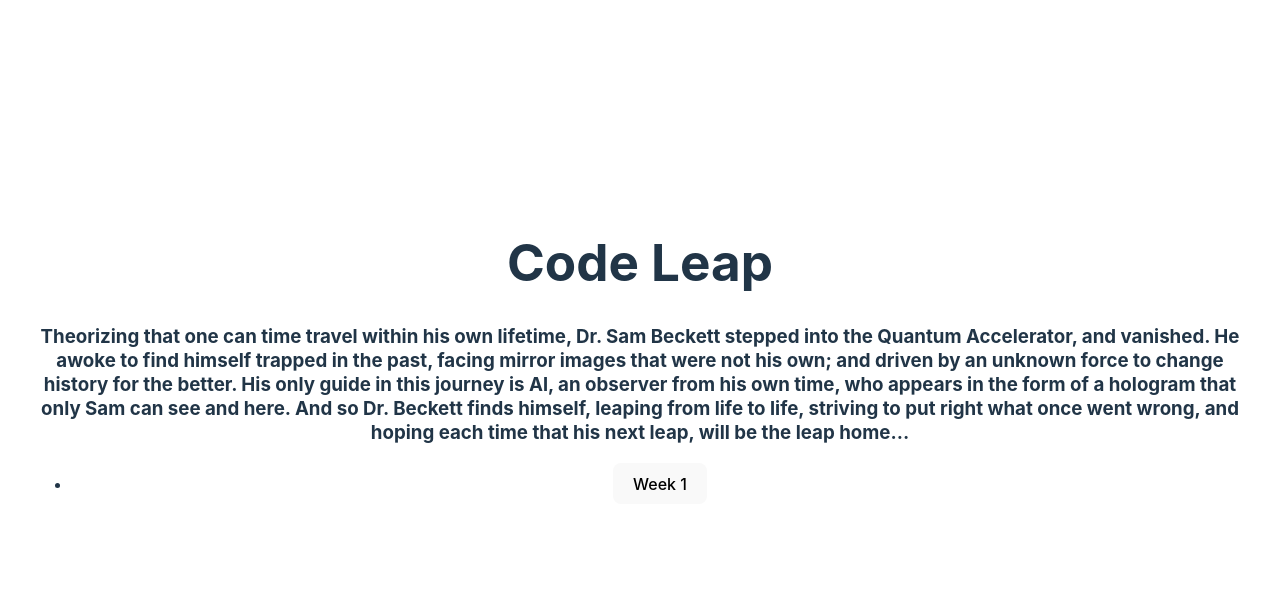
Repository: mplayer78/code-leap
Page: /
An editor plug-in stored every save of this project. The page is shown before and after the next save, followed by the edit.
The browser window is 1280 px wide. The pictures show the whole page.
The project was rebuilt for these pictures with package versions that can differ from the ones it lists, and the page was loaded fresh each time. Also part of the build but not shown: vite.config.ts.

Above is the page before, as saved 2022-08-28 10:39:35.

### src/App.vue
<script setup lang="ts">

import { ref } from 'vue'
import Intro from './components/Intro.vue'
import DaysList from './components/DaysList.vue'
import Challenge from './components/Challenge.vue'

const currentChallengeId = ref('');

function handleChallengeId(args: string) {
  currentChallengeId.value = args
}

</script>

<script lang="ts">
export default {
  name: 'App',
  methods: {

  }
}
</script>

<template>
  <Intro/>
  <DaysList @challengeId="handleChallengeId"/>
  <Challenge :challengeId="currentChallengeId"/>
  <div>
    {{ currentChallengeId }}
  </div>
</template>

<style scoped>
.logo {
  height: 6em;
  padding: 1.5em;
  will-change: filter;
}
.logo:hover {
  filter: drop-shadow(0 0 2em #646cffaa);
}
.logo.vue:hover {
  filter: drop-shadow(0 0 2em #42b883aa);
}
</style>

### src/components/Intro.vue
<script setup lang="ts">
import intro from '../challenges/intro'

const introObj = intro();

</script>

<template>
  <h1>{{introObj.heading}}</h1>
  <h3>{{introObj.description}}</h3>
</template>

<style scoped>
.read-the-docs {
  color: #888;
}
</style>

### src/components/DaysList.vue
<script setup lang="ts">
import challenges from '../challenges/challenges'

</script>

<template>
  <ul>
    <li v-for="challenge, index in challenges" :key="challenge.id">
      <button @click="$emit('challengeId', challenge.id)">Week {{index + 1}}</button>
    </li>
  </ul>
</template>

<style scoped>
.read-the-docs {
  color: #888;
}
</style>

### src/components/Challenge.vue
<script lang="ts">
import { computed } from 'vue'
import challenges from '../challenges/challenges'

export default {
    name: 'Challenge',
    props: ['challengeId'],
    setup(props) {
        const currentChallenge = computed(() => {
            return challenges.find(v => v.id === props.challengeId)?.[0]
        })
        return {
            currentChallenge
        }
    }
}
</script>

<template>
  <div>
    <p>{{ currentChallenge?.description }}</p>
  </div>
</template>

<style scoped>
.read-the-docs {
  color: #888;
}
</style>

### src/challenges/intro.ts
export default function intro() {
    return {
        "heading": "Code Leap",
        "description": `Theorizing that one can time travel within his own lifetime, Dr. Sam Beckett stepped into the Quantum Accelerator, and vanished.
    He awoke to find himself trapped in the past, facing mirror images that were not his own; and driven by an unknown force to change history for the better.
    His only guide in this journey is Al, an observer from his own time, who appears in the form of a hologram that only Sam can see and here.
    And so Dr. Beckett finds himself, leaping from life to life, striving to put right what once went wrong, and hoping each time that his next leap, will be the leap home...`

    }
}

### src/challenges/challenges.json
[
    {
        "date": "2022-08-29",
        "id": "daa39404-a99f-42eb-8693-067537f4e476",
        "description": "When he woke up Sam discovered that he had materialised into the body of a sailor on an old schooner. In front of him was a wooden chest and sam suspected that the answer to him getting home may be inside the chest. When he went to open it, though, he realised that there were 2 combination locks.\n He asked one of the sailors wether they knew the combination but the sailor said\n\"No one can remember the combination for the lock. To remind ourselves we tallied the two numbers and that total was %target% but we can't remember the two original numbers\"\nUpon looking at the lock you see the numbers on the wheels of the combination locks. The numbers are shown below. Input the numbers into the boxes below to see if you can open the box.",
        "target": 786,
        "puzzleInput": [
            35,
            41,
            51,
            75,
            76,
            77,
            79,
            81,
            89,
            90,
            90,
            91,
            92,
            94,
            95,
            97,
            98,
            103,
            104,
            111,
            112,
            113,
            113,
            119,
            124,
            124,
            130,
            136,
            143,
            145,
            148,
            148,
            150,
            163,
            163,
            168,
            171,
            174,
            182,
            186,
            280,
            316,
            324,
            328,
            380,
            438,
            464,
            469,
            478,
            478,
            482,
            540,
            591,
            605,
            609,
            610,
            610,
            614,
            625,
            626,
            628,
            634,
            636,
            639,
            641,
            642,
            643,
            650,
            653,
            655,
            656,
            664,
            665,
            665,
            666,
            668,
            668,
            670,
            671,
            671,
            680,
            681,
            682,
            685,
            687,
            694,
            701,
            703,
            714,
            714,
            716,
            736,
            737,
            739,
            740,
            752,
            753,
            754,
            783,
            785
        ]
    }
]

Loaded but not shown: index.html (common file); src/main.ts (common file); src/style.css (common file)

After the next save:
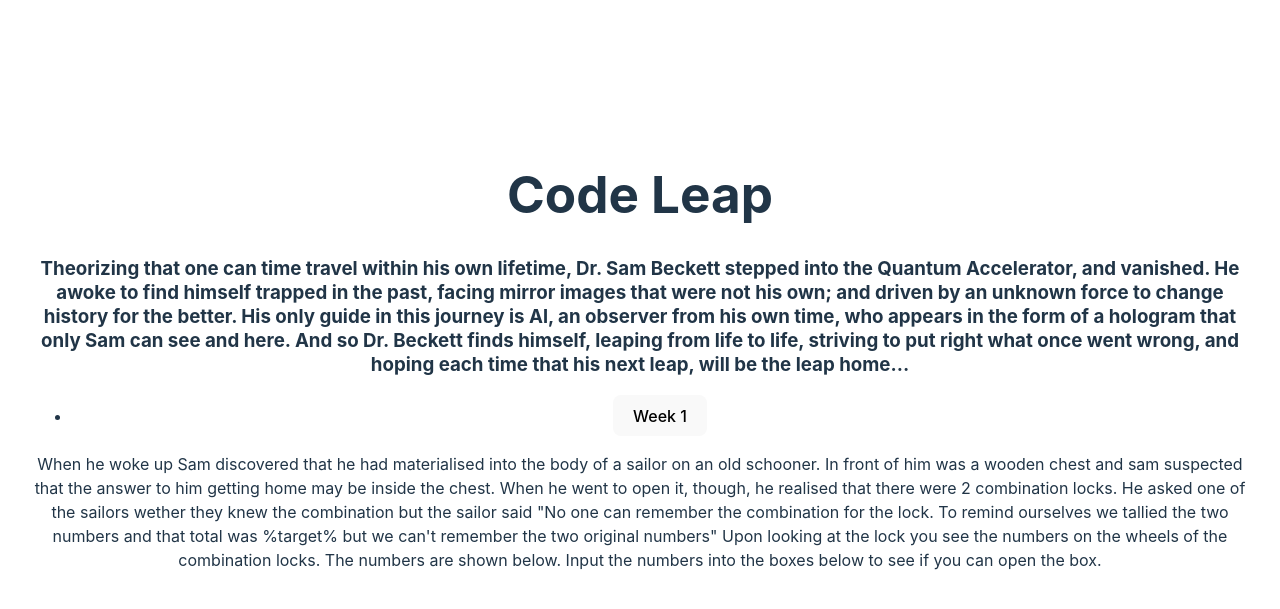
Saved 72 s later.
--- a/src/components/Challenge.vue
+++ b/src/components/Challenge.vue
@@ -7,7 +7,7 @@
     props: ['challengeId'],
     setup(props) {
         const currentChallenge = computed(() => {
-            return challenges.find(v => v.id === props.challengeId)?.[0]
+            return challenges[0]
         })
         return {
             currentChallenge

After the 4 saves that followed:
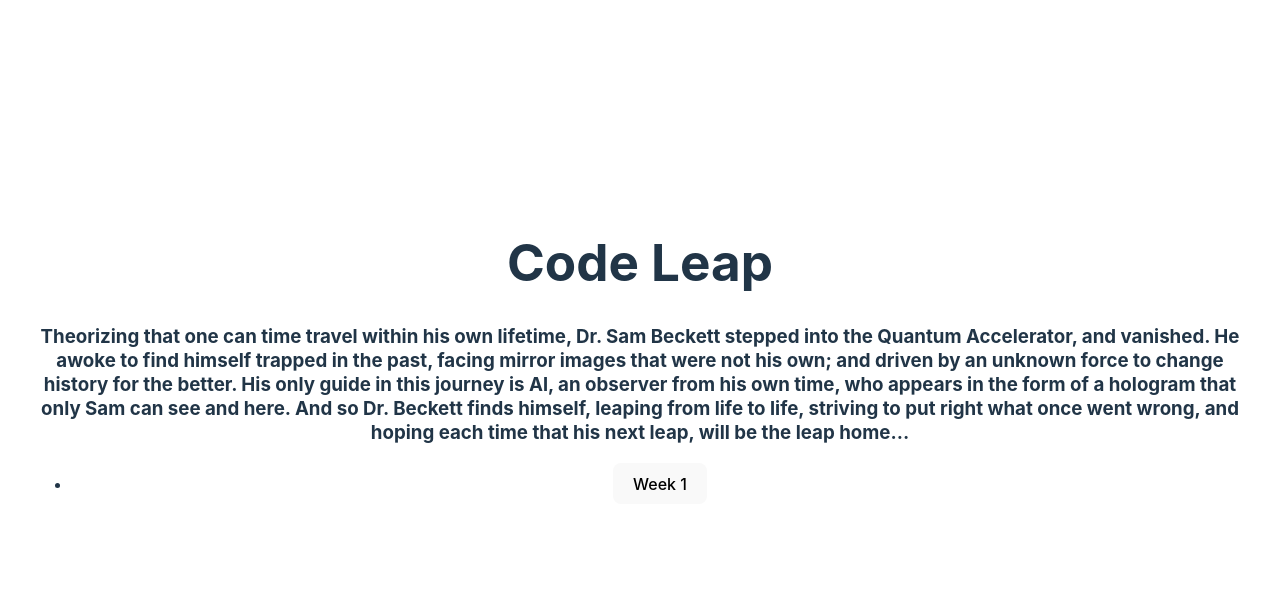
The 4 saves are shown as one change because 3 left the picture as it was.
The last was saved 2 min 37 s later.
--- a/src/components/Challenge.vue
+++ b/src/components/Challenge.vue
@@ -7,7 +7,7 @@
     props: ['challengeId'],
     setup(props) {
         const currentChallenge = computed(() => {
-            return challenges[0]
+            return challenges.find(val => val.id === props.challengeId)
         })
         return {
             currentChallenge
